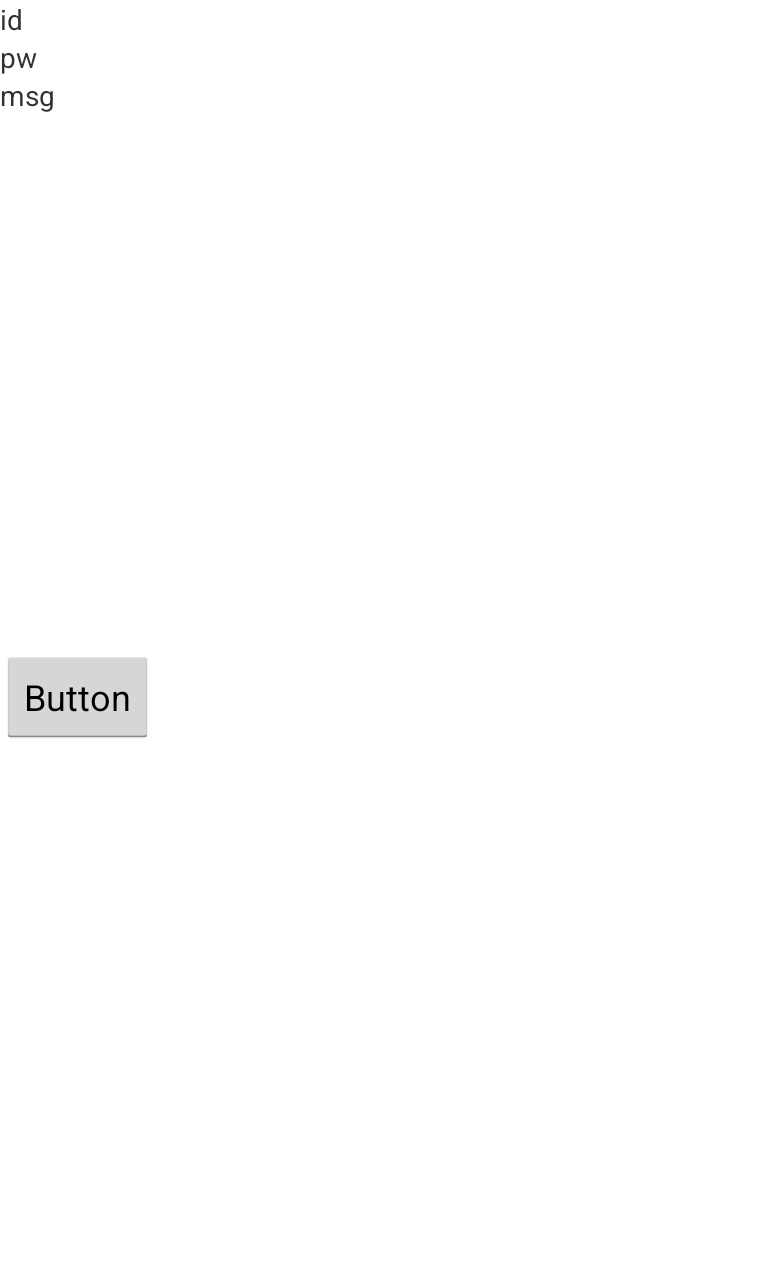
Repository: mewards/Android_Study
Layout: hw/wooil/hw4/res/layout/check.xml
An editor plug-in stored every save of this project. The layout is shown before and after a run of saves, followed by the edit.
It is drawn on a 768 x 1280 px phone screen (xhdpi) without system bars, with theme AppTheme; the app's code is not run.

Above is the layout before, as saved 2014-03-04 05:39:59.

After the next 2 saves:
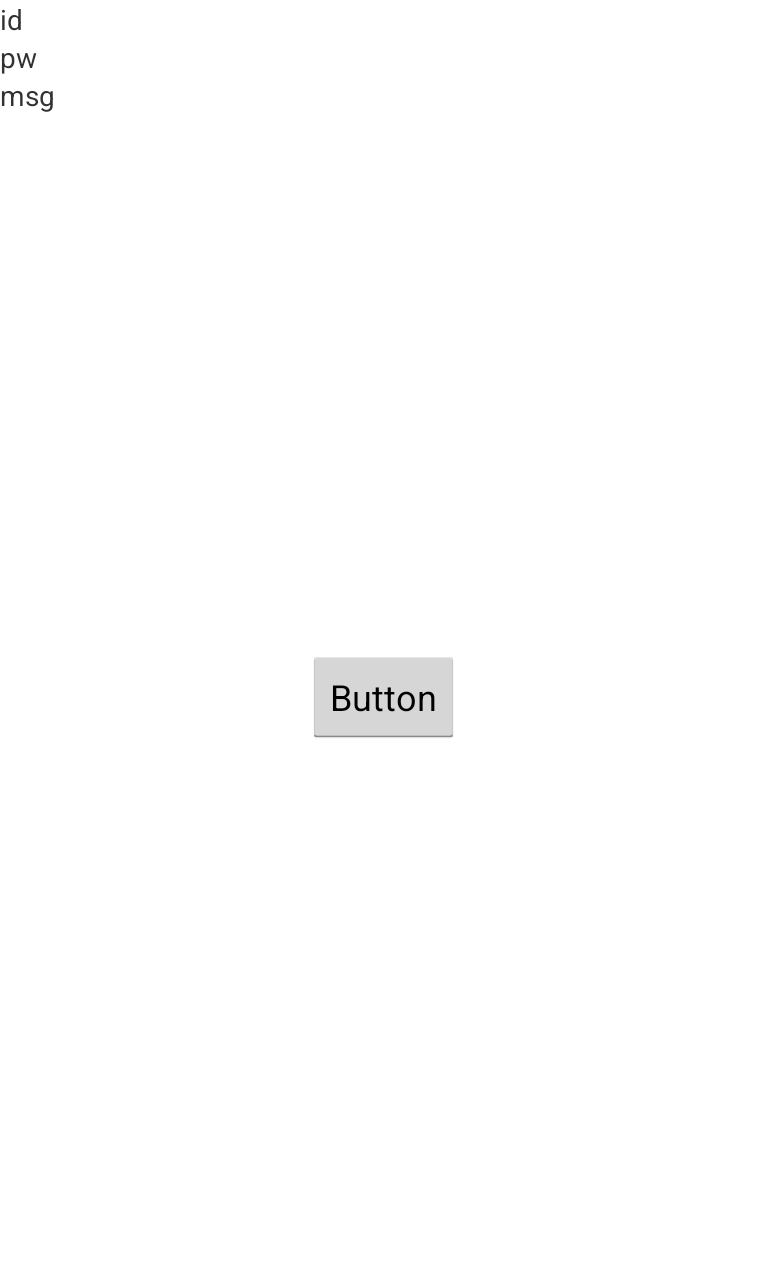
The 2 saves are shown as one change because they came seconds apart.
The last was saved 7 s later.
--- a/hw/wooil/hw4/res/layout/check.xml
+++ b/hw/wooil/hw4/res/layout/check.xml
@@ -29,7 +29,8 @@
 
     <LinearLayout
         android:layout_width="match_parent"
-        android:layout_height="match_parent" >
+        android:layout_height="match_parent"
+        android:gravity="center" >
 
         <Button
             android:id="@+id/button1"
